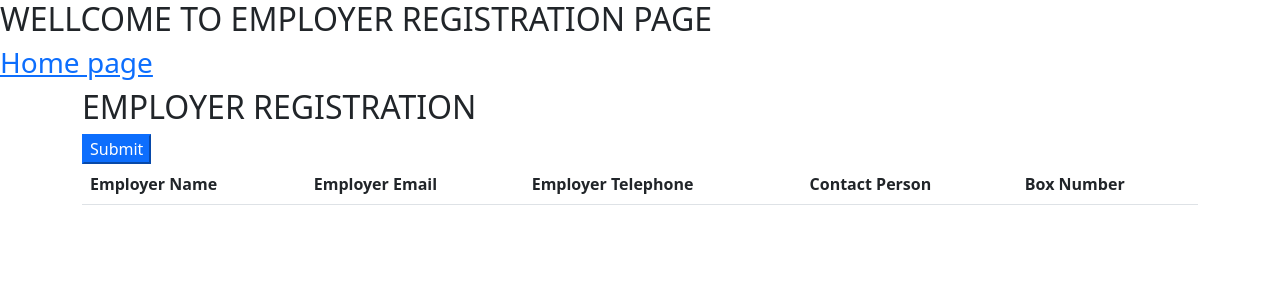
Repository: wizard991-ui/django_recruitment
Page: recruitment_app/templates/addemployer.html
An editor plug-in stored every save of this project. The page is shown before and after a run of saves, followed by the edit.
The browser window is 1280 px wide. The pictures show the whole page.
The page is served by the project's application, run on Django 5.2 (manage.py). The template is opened directly, without the code that normally fills it, so the values that code supplies are empty.

Above is the page before, as saved 2024-11-12 08:49:16.

After the next 2 saves:
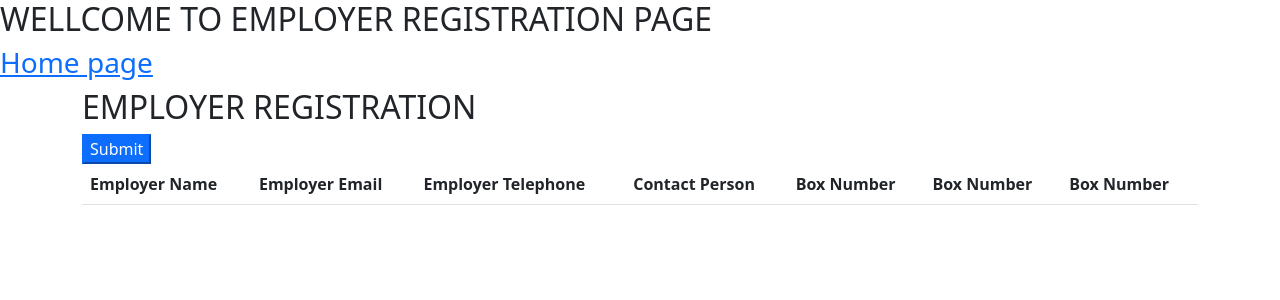
The 2 saves are shown as one change because they came seconds apart.
The last was saved 18 s later.
--- a/recruitment_app/templates/addemployer.html
+++ b/recruitment_app/templates/addemployer.html
@@ -31,6 +31,8 @@
                     <th scope="col">Employer Telephone</th>
                     <th scope="col">Contact Person</th>
                     <th scope="col">Box Number</th>
+                    <th scope="col">Box Number</th>
+                    <th scope="col">Box Number</th>
                     </tr>
                 </thead>
             </table>
